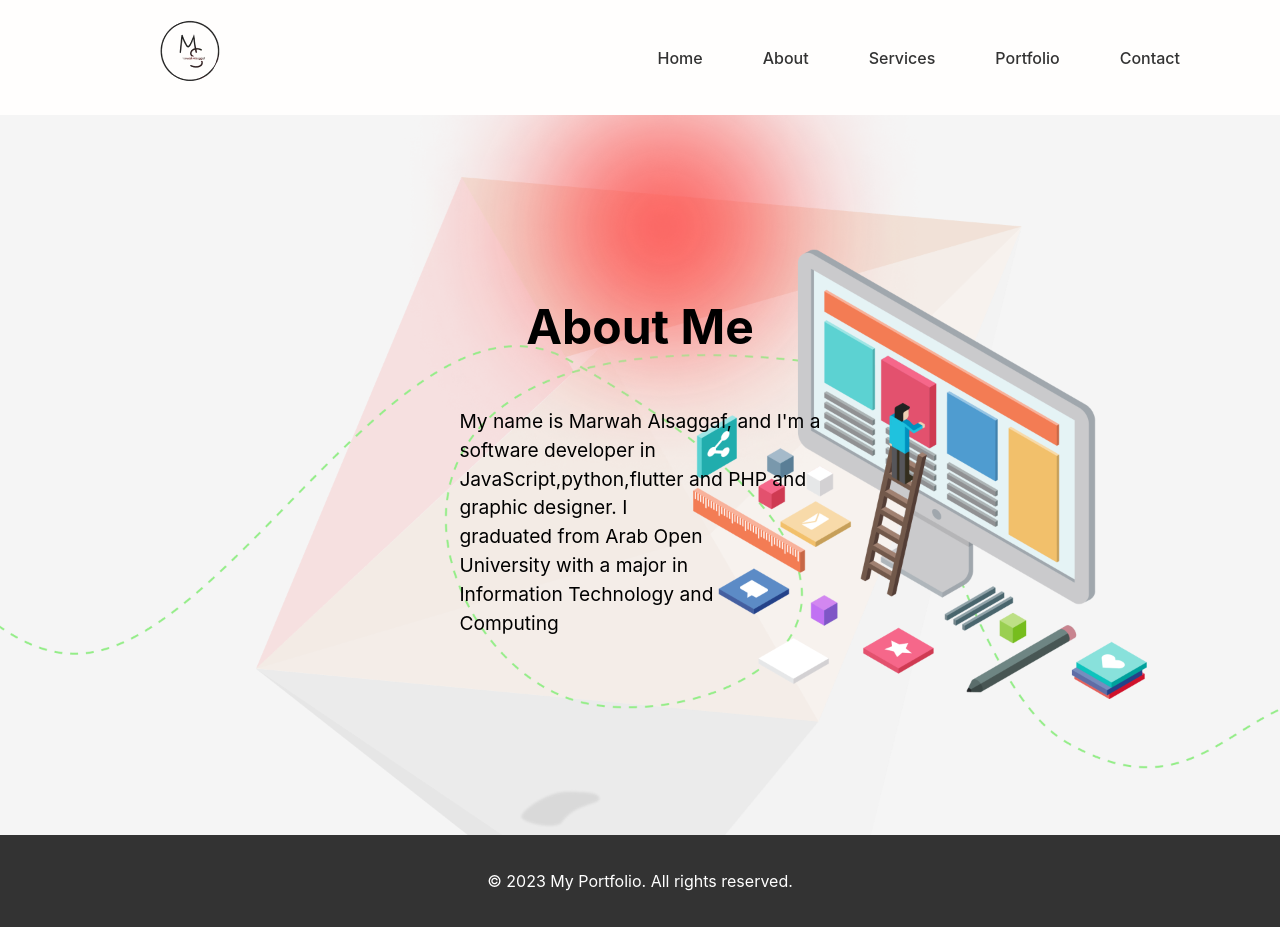
Repository: MEROO1010/Portfolio_00
Page: /about (app in portfolio_00/)
An editor plug-in stored every save of this project. The page is shown before and after the next save, followed by the edit.
The browser window is 1280 px wide. The pictures show the whole page.
The project was rebuilt for these pictures with package versions that can differ from the ones it lists, and the page was loaded fresh each time. Also part of the build but not shown: portfolio_00/src/components/Home.jsx, portfolio_00/src/components/Services.jsx, portfolio_00/src/components/Portfolio.jsx, portfolio_00/src/components/Contact.jsx.

Above is the page before, as saved 2024-11-18 13:02:03.

### portfolio_00/src/App.jsx
import React from 'react';
import { BrowserRouter, Route, Routes } from 'react-router-dom';
import Header from './components/Header';
import Home from './components/Home';
import About from './components/About';
import Services from './components/Services';
import Portfolio from './components/Portfolio';
import Contact from './components/Contact';
import Footer from './components/Footer';
// import GlobalStyle from './styles/global';

const App = () => {
  return (
    <BrowserRouter>
    <Header />
    <Routes>
      <Route path="/"  element={<Home />} />
      <Route path="/about"  element={<About />} />
      <Route path="/services" element={<Services  />} />

      <Route path="/portfolio" element={<Portfolio />} />
      <Route path="/contact" element={<Contact />} />
    </Routes>

    <Footer />
  </BrowserRouter>
  );
};

export default App;

### portfolio_00/src/features/counter/counterSlice.js
import { createAsyncThunk, createSlice } from '@reduxjs/toolkit';
import { fetchCount } from './counterAPI';

const initialState = {
  value: 0,
  status: 'idle',
};

// The function below is called a thunk and allows us to perform async logic. It
// can be dispatched like a regular action: `dispatch(incrementAsync(10))`. This
// will call the thunk with the `dispatch` function as the first argument. Async
// code can then be executed and other actions can be dispatched. Thunks are
// typically used to make async requests.
export const incrementAsync = createAsyncThunk(
  'counter/fetchCount',
  async (amount) => {
    const response = await fetchCount(amount);
    // The value we return becomes the `fulfilled` action payload
    return response.data;
  }
);

export const counterSlice = createSlice({
  name: 'counter',
  initialState,
  // The `reducers` field lets us define reducers and generate associated actions
  reducers: {
    increment: (state) => {
      // Redux Toolkit allows us to write "mutating" logic in reducers. It
      // doesn't actually mutate the state because it uses the Immer library,
      // which detects changes to a "draft state" and produces a brand new
      // immutable state based off those changes
      state.value += 1;
    },
    decrement: (state) => {
      state.value -= 1;
    },
    // Use the PayloadAction type to declare the contents of `action.payload`
    incrementByAmount: (state, action) => {
      state.value += action.payload;
    },
  },
  // The `extraReducers` field lets the slice handle actions defined elsewhere,
  // including actions generated by createAsyncThunk or in other slices.
  extraReducers: (builder) => {
    builder
      .addCase(incrementAsync.pending, (state) => {
        state.status = 'loading';
      })
      .addCase(incrementAsync.fulfilled, (state, action) => {
        state.status = 'idle';
        state.value += action.payload;
      });
  },
});

export const { increment, decrement, incrementByAmount } = counterSlice.actions;

// The function below is called a selector and allows us to select a value from
// the state. Selectors can also be defined inline where they're used instead of
// in the slice file. For example: `useSelector((state: RootState) => state.counter.value)`
export const selectCount = (state) => state.counter.value;

// We can also write thunks by hand, which may contain both sync and async logic.
// Here's an example of conditionally dispatching actions based on current state.
export const incrementIfOdd = (amount) => (dispatch, getState) => {
  const currentValue = selectCount(getState());
  if (currentValue % 2 === 1) {
    dispatch(incrementByAmount(amount));
  }
};

export default counterSlice.reducer;

### portfolio_00/src/components/Header.jsx
import React from 'react';
import styled from 'styled-components';
import { Link } from 'react-router-dom';
import ImageLogo from '../assets/white_logo.png';

const HeaderContainer = styled.header`
  background-color: #FFFEFD;
  padding: 10px 100px;
  display: flex;
  justify-content: space-between;
  align-items: center;
`;

const Logo = styled.h1`
  margin:4px;
  padding-left:40px;
`;

const NavLinks = styled .nav`
  display: flex;
  gap: 60px;
`;

const NavLink = styled(Link)`
  text-decoration: none;
  color: #333;
  font-weight: 500;

  &:hover {
    color: #3BB873;
  }
`;

const Header = () => {
  return (
    <HeaderContainer>
      <Logo><img src={ImageLogo} alt="Description of image" /></Logo>
      <NavLinks>
        <NavLink to="/">Home</NavLink>
        <NavLink to="/about">About</NavLink>
        <NavLink to="/services">Services</NavLink>
        <NavLink to="/portfolio">Portfolio</NavLink>
        <NavLink to="/contact">Contact</NavLink>
      </NavLinks>
    </HeaderContainer>
  );
};

export default Header;

### portfolio_00/src/components/About.jsx
import React from 'react';
import styled from 'styled-components';
import bg2 from "../assets/background2.png"

const Container = styled.div`
  display: flex;
  flex-direction: column;
  align-items: center;
  justify-content: center;
  height: 100vh;
  background-color: #f5f5f5;
  background-image: url(${bg2});
  background-position: center;
  background-size:cover;
`;

const Title = styled.h1`
  font-size: 3rem;
  font-weight: bold;
  margin-bottom: 2rem;
`;

const Description = styled.p`
  font-size: 1.2rem;
  line-height: 1.5;
  margin-bottom: 3rem;
`;

const ImageContainer = styled.div`
  img{
    display: flex;
  justify-content: center;
  align-items: center;
  width: 50%;
  margin: 0 auto;

  z-index: 1;
  }
`;







const About = () => {
  return (
    <Container>
      <Title>About Me</Title>
      <Description>
           My name is Marwah Alsaggaf, and I'm a <br/>software developer in<br/> JavaScript,python,flutter and PHP
           and<br/> graphic designer. I  <br/>
            graduated from Arab Open<br/>  University with a major in<br/>
             Information Technology and<br/> Computing
               </Description>
      <ImageContainer>


      </ImageContainer>
    </Container>
  );
};

export default About;

### portfolio_00/src/components/Footer.jsx
import React from 'react';
import styled from 'styled-components';

const FooterContainer = styled.footer`
  padding: 20px;
  background-color: #333;
  color: white;
  text-align: center;
`;

const Footer = () => {
  return (
    <FooterContainer>
      <p>&copy; 2023 My Portfolio. All rights reserved.</p>
    </FooterContainer>
  );
};

export default Footer;

Loaded but not shown: portfolio_00/public/index.html (common file); portfolio_00/src/index.js (common file); portfolio_00/src/app/store.js (common file); portfolio_00/src/reportWebVitals.js (common file); portfolio_00/src/index.css (common file); portfolio_00/src/features/counter/counterAPI.js (common file)

After the next save:
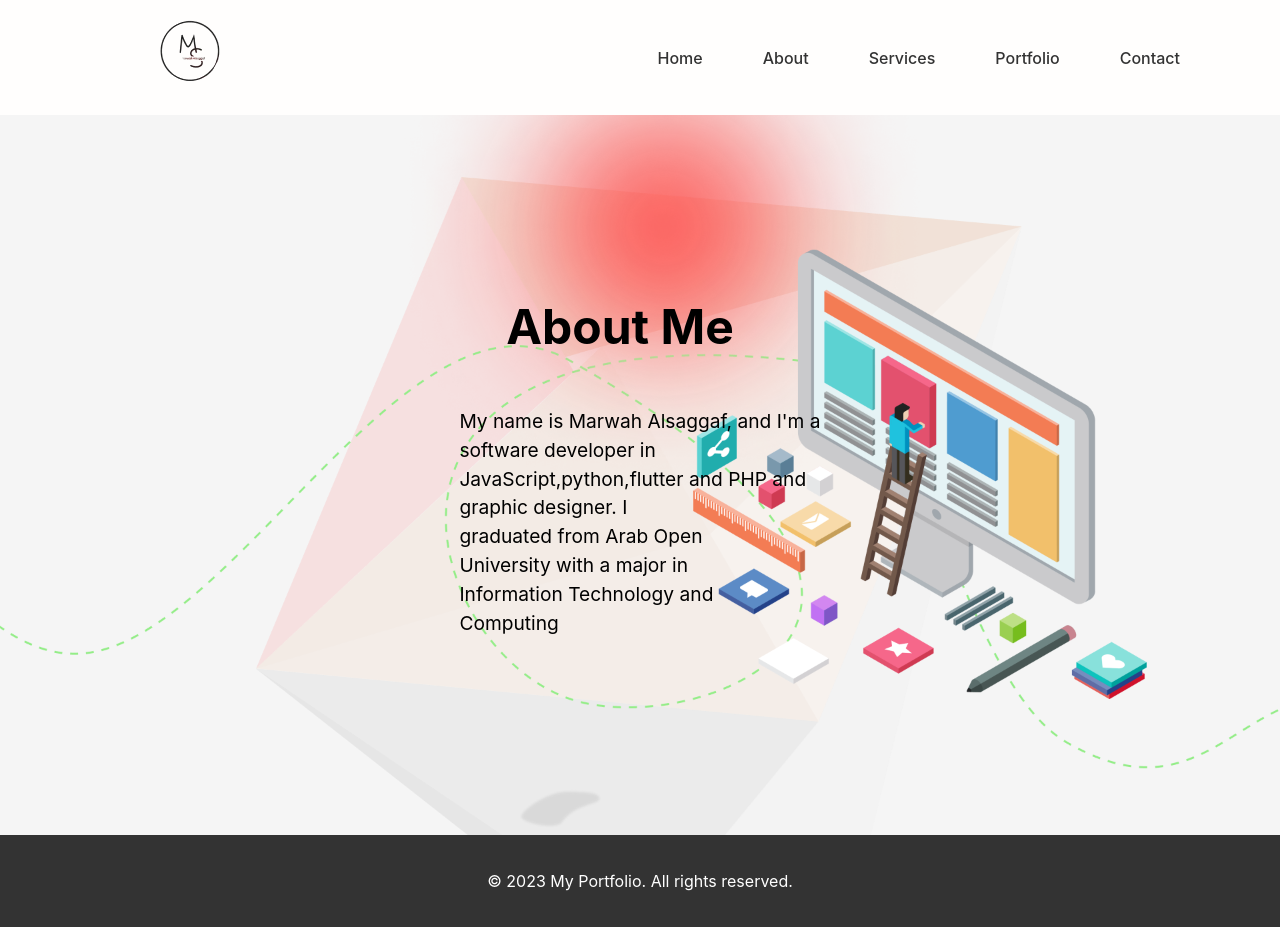
Saved 15 s later.
--- a/portfolio_00/src/components/About.jsx
+++ b/portfolio_00/src/components/About.jsx
@@ -18,6 +18,7 @@ const Title = styled.h1`
   font-size: 3rem;
   font-weight: bold;
   margin-bottom: 2rem;
+  margin-right:40px;
 `;
 
 const Description = styled.p`
